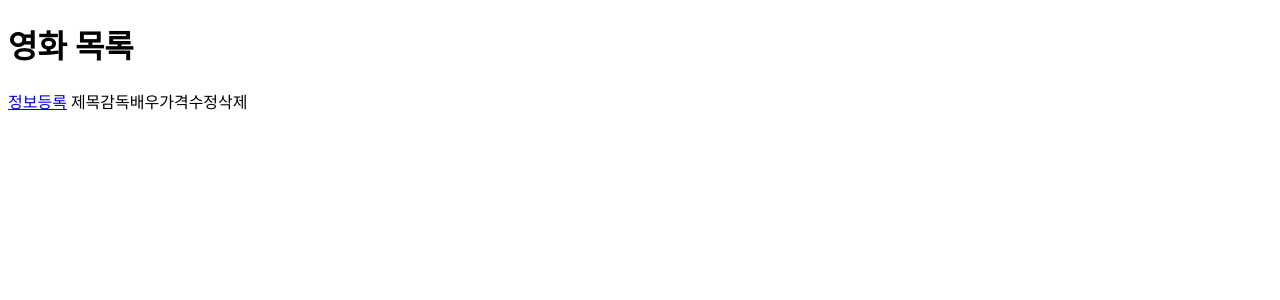
Repository: sungseop/JspWorkspace
Page: http://localhost/12_mvc_movie/MovieServlet?command=movie_list
An editor plug-in stored every save of this project. The page is shown before and after the next save, followed by the edit.
The browser window is 1280 px wide. The pictures show the whole page.
The page is served by Tomcat 9. Other server files are loaded and not shown. Queries for data that is not in the repository find no rows.

Above is the page before, as saved 2022-06-02 06:51:27.

### 12_mvc_movie/src/main/webapp/movie/movieList.jsp
<%@ page language="java" contentType="text/html; charset=UTF-8"
    pageEncoding="UTF-8"%>
<!DOCTYPE html>
<html>
<head>
<meta charset="UTF-8">
<title>영화 목록</title>
</head>
<body>
	<div>
		<h1>영화 목록</h1>
		<tr>
			<td colspan="5" style="border: white; text-align:right;">
				<a href="MovieServlet?command=movie_write_form">정보등록</a>
			</td>
		</tr>
		<tr>
		<th>제목</th><th>감독</th><th>배우</th><th>가격</th><th>수정</th><th>삭제</th>
		</tr>
		<c:forEach var="movie" items="${movieList}">
			<tr>
				<td><a href="MovieServlet?command=movie_view&code=${movie.code}">${movie.title}</a></td>
				<td>${movie.director}</td>
				<td>${movie.actor}</td>
				<td>${movie.price}</td>
			</tr>
		</c:forEach>
	</div>
</body>
</html>

### 12_mvc_movie/src/main/java/com/ezen/controller/MovieServlet.java
package com.ezen.controller;

import java.io.IOException;

import javax.servlet.ServletContext;
import javax.servlet.ServletException;
import javax.servlet.annotation.WebServlet;
import javax.servlet.http.HttpServlet;
import javax.servlet.http.HttpServletRequest;
import javax.servlet.http.HttpServletResponse;

import com.ezen.dto.MovieVO;
import com.green.controller.Action;
import com.oreilly.servlet.MultipartRequest;
import com.oreilly.servlet.multipart.DefaultFileRenamePolicy;

/**
 * Servlet implementation class MovieServlet
 */
@WebServlet("/MovieServlet")
public class MovieServlet extends HttpServlet {
	private static final long serialVersionUID = 1L;

    /**
     * @see HttpServlet#HttpServlet()
     */
    public MovieServlet() {
        super();
        // TODO Auto-generated constructor stub
    }

	/**
	 * @see HttpServlet#doGet(HttpServletRequest request, HttpServletResponse response)
	 */
	protected void doGet(HttpServletRequest request, HttpServletResponse response) throws ServletException, IOException {
		String command = null;

		// getAttribute()로 읽은 값이 존재하면 doPost()에서 setAttribute()로 저장한 값임
		// getAttribute()로 읽은 값이 없으면 일반적인 방법으로 화면에서 전달된 데이터를 getParameter()로 읽어줌
		if(request.getAttribute("command") != null) {
			command = (String)request.getAttribute("command");
		} else {
			command = request.getParameter("command");
		}
		System.out.println("MovieServlet에서 수신: " + command);
		ActionFactory factory = ActionFactory.getInstance();
		Action action = factory.getAction(command);
		if(action != null) {
			action.execute(request, response);
		}
	}

	/**
	 * @see HttpServlet#doPost(HttpServletRequest request, HttpServletResponse response)
	 */
	protected void doPost(HttpServletRequest request, HttpServletResponse response) throws ServletException, IOException {
		request.setCharacterEncoding("UTF-8");

		MovieVO movie = new MovieVO();

		String savePath = "images";
		ServletContext context = getServletContext();
		String uploadFilePath = context.getRealPath(savePath);
		int sizeLimit = 10 * 1024 * 1024;
		String encType = "UTF-8";

		// Multipart로 전송된 데이터는 일반적인 getParameter()로 읽을 수 없으므로
		// Multipart 객체를 생성해서 얻은 파라미터를 내장객체에 저장하여 doGet()으로 넘겨줌
		//command 입력값이 null이면 MultipartRequest로 전송된다고 가정함
		if(request.getParameter("command") == null) {
			try {
				MultipartRequest multi = new MultipartRequest(
						request, uploadFilePath, sizeLimit, encType,
						new DefaultFileRenamePolicy()
						);

				movie.setTitle(multi.getParameter("title"));
				movie.setPrice(Integer.parseInt(multi.getParameter("price")));
				movie.setDirector(multi.getParameter("director"));
				movie.setActor(multi.getParameter("actor"));
				// poster 파일명 설정
				String fileName = multi.getFilesystemName("uploadFile");
				movie.setPoster(fileName);
				movie.setSynopsis(multi.getParameter("synopsis"));

				request.setAttribute("movie", movie);
				request.setAttribute("command", multi.getParameter("command"));
			} catch(Exception e) {
				e.printStackTrace();
			}
		}
		doGet(request, response);
	}

}

### 12_mvc_movie/src/main/java/com/ezen/controller/ActionFactory.java
package com.ezen.controller;

import com.green.controller.Action;
import com.green.controller.MovieListAction;

public class ActionFactory {

	private ActionFactory() { }

	private static ActionFactory instance = new ActionFactory();

	public static ActionFactory getInstance() {
		return instance;
	}

	// 컨트롤러(서블릿)에서 command를 전달 받아서 해당하는 업무 로직을 생성해서 반환함
	public Action getAction(String command) {
		Action action = null;

		System.out.println("ActionFactory: " + command);

		if(command.equals("movie_list")) {
			action = new MovieListAction();
		}

		return action;
	}
}

### 12_mvc_movie/src/main/java/com/green/controller/Action.java
package com.green.controller;

import java.io.IOException;

import javax.servlet.ServletException;
import javax.servlet.http.HttpServletRequest;
import javax.servlet.http.HttpServletResponse;

public interface Action {

	public void execute(HttpServletRequest request, HttpServletResponse response) throws ServletException, IOException;

}

### 12_mvc_movie/src/main/java/com/green/controller/MovieListAction.java
package com.green.controller;

import java.io.IOException;
import java.util.List;

import javax.servlet.ServletException;
import javax.servlet.http.HttpServletRequest;
import javax.servlet.http.HttpServletResponse;

import com.ezen.dao.MovieDAO;
import com.ezen.dto.MovieVO;


public class MovieListAction implements Action {

	@Override
	public void execute(HttpServletRequest request, HttpServletResponse response) throws ServletException, IOException {
		String url = "movie/movieList.jsp";

		// DB에서 게시글 목록 전체 조회
		MovieDAO mDao = MovieDAO.getInstance();
		List<MovieVO> movieList = mDao.selectAllMovies();

		// 조회내용을 내장객체에 저장
		request.setAttribute("movieList", movieList);

		request.getRequestDispatcher(url).forward(request, response);
	}

}

### 12_mvc_movie/src/main/java/com/ezen/dao/MovieDAO.java
package com.ezen.dao;

import java.sql.Connection;
import java.sql.PreparedStatement;
import java.sql.ResultSet;
import java.util.ArrayList;
import java.util.List;

import com.ezen.dto.MovieVO;

import util.DBManager;


public class MovieDAO {

	private MovieDAO() { }

	private static MovieDAO instance = new MovieDAO();

	public static MovieDAO getInstance() {
		return instance;
	}

	// 게시글 목록 전체 조회
	public List<MovieVO> selectAllMovies() {
		Connection conn = null;
		PreparedStatement pstmt = null;
		ResultSet rs = null;
		String sql = "SELECT * FROM movie ORDER BY code DESC";
		List<MovieVO> movieList = new ArrayList<>();

		try {
			conn = DBManager.getConnection();
			pstmt = conn.prepareStatement(sql);

			rs = pstmt.executeQuery();

			while(rs.next()) {
				MovieVO movie = new MovieVO();
				movie.setCode(rs.getInt("code"));
				movie.setTitle(rs.getString("title"));
				movie.setPrice(rs.getInt("price"));
				movie.setDirector(rs.getString("director"));
				movie.setPoster(rs.getString("poster"));
				movie.setSynopsis(rs.getString("Synopsis"));

				movieList.add(movie);
			}
		} catch(Exception e) {
			e.printStackTrace();
		} finally {
			DBManager.close(null, pstmt, rs);
		}

		return movieList;
	}
}

### 12_mvc_movie/src/main/java/util/DBManager.java
package util;

import java.sql.Connection;
import java.sql.ResultSet;
import java.sql.Statement;

import javax.naming.Context;
import javax.naming.InitialContext;
import javax.sql.DataSource;

public class DBManager {

	public static Connection getConnection() {
		Connection conn = null;
		try {
			// JNDI(Java Naming and Directory Interface) 초기화(JNDI를 이용하기 위한 객체 생성)
			Context initContext = new InitialContext(); // tomcat > server에 적었던 구성파일을 실행하기 위해
			// lookup() = 지정된 이름으로 등록된 서비스를 찾을 때 사용
			Context envContext  = (Context)initContext.lookup("java:/comp/env");
			// JDBC 연결 서비스 등록
			DataSource ds = (DataSource)envContext.lookup("jdbc/myoracle");
			conn = ds.getConnection(); // DBCP에 등록된 오라클 연결을 할당받는다.
		} catch(Exception e) {
			e.printStackTrace();
		}

		return conn;
	}

	// Select문 수행 후 close() 메소드
	public static void close(Connection conn, Statement stmt, ResultSet rs) {
		try {
			if (rs != null) rs.close();
			if (stmt != null) stmt.close();
			if (conn != null) conn.close();
		} catch(Exception e) {
			e.printStackTrace();
		}
	}

	// Update, Insert, Delete문 수행 후 close() 메소드
	public static void close(Connection conn, Statement stmt) {
		try {
			if (stmt != null) stmt.close();
			if (conn != null) conn.close();
		} catch(Exception e) {
			e.printStackTrace();
		}
	}
}

After the next save:
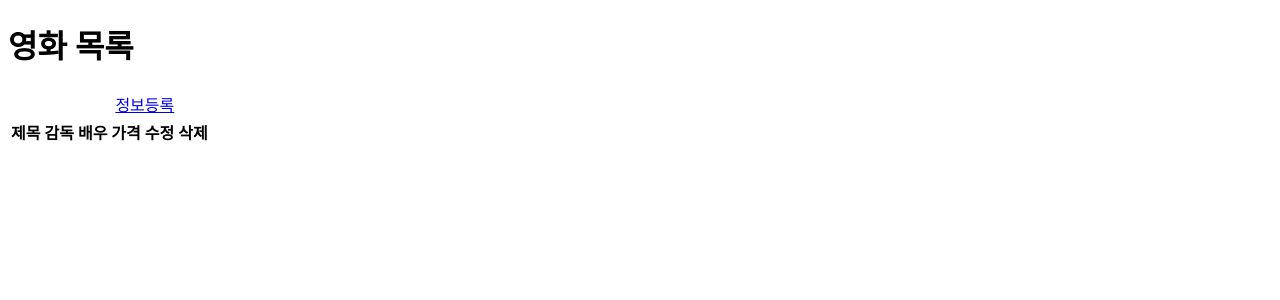
Saved 56 s later.
--- a/12_mvc_movie/src/main/webapp/movie/movieList.jsp
+++ b/12_mvc_movie/src/main/webapp/movie/movieList.jsp
@@ -9,22 +9,24 @@
 <body>
 	<div>
 		<h1>영화 목록</h1>
-		<tr>
-			<td colspan="5" style="border: white; text-align:right;">
-				<a href="MovieServlet?command=movie_write_form">정보등록</a>
-			</td>
-		</tr>
-		<tr>
-		<th>제목</th><th>감독</th><th>배우</th><th>가격</th><th>수정</th><th>삭제</th>
-		</tr>
-		<c:forEach var="movie" items="${movieList}">
+		<table>
 			<tr>
-				<td><a href="MovieServlet?command=movie_view&code=${movie.code}">${movie.title}</a></td>
-				<td>${movie.director}</td>
-				<td>${movie.actor}</td>
-				<td>${movie.price}</td>
+				<td colspan="5" style="border: white; text-align:right;">
+					<a href="MovieServlet?command=movie_write_form">정보등록</a>
+				</td>
 			</tr>
-		</c:forEach>
+			<tr>
+			<th>제목</th><th>감독</th><th>배우</th><th>가격</th><th>수정</th><th>삭제</th>
+			</tr>
+			<c:forEach var="movie" items="${movieList}">
+				<tr>
+					<td><a href="MovieServlet?command=movie_view&code=${movie.code}">${movie.title}</a></td>
+					<td>${movie.director}</td>
+					<td>${movie.actor}</td>
+					<td>${movie.price}</td>
+				</tr>
+			</c:forEach>
+		</table>
 	</div>
 </body>
 </html>
